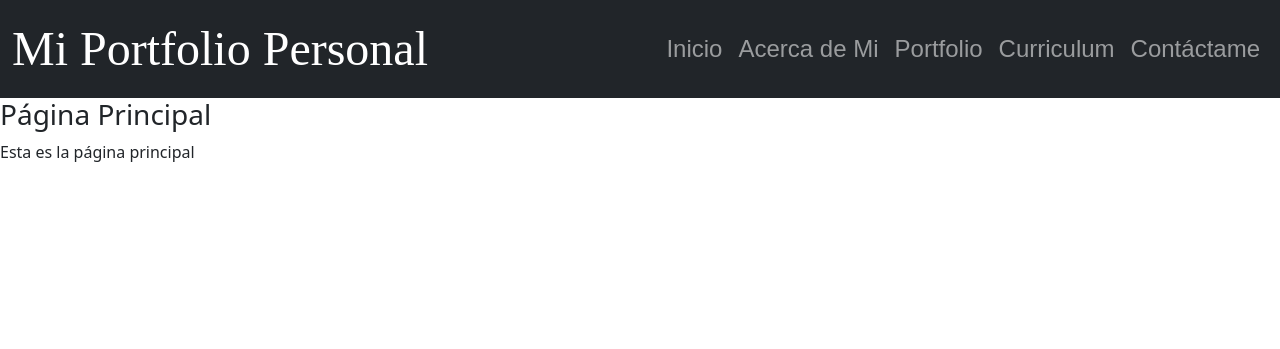
Repository: AlejandroJesusSerrano/portfolio
Page: http://localhost/
The author's editor kept a copy of each file at every save. The page is drawn from the files as they stood at one save, then again after the next save.
The browser window is 1280 px wide. The pictures show the whole page.
Some web fonts or font styles are not loaded; a fallback is used. The page is served by the project's application, run on Django 4.2 (manage.py). Other server files are loaded and not shown.

Above is the page before, as saved 2023-09-05 15:19:06.

### portfolio/core/templates/core/home.html
{% extends 'core/base.html' %}

{% block title %} Inicio {% endblock title %}

{% block content %}
<h3>Página Principal</h3>

<p>Esta es la página principal</p>
{% endblock content %}

### portfolio/core/templates/core/base.html
{% load static %}

<!DOCTYPE html>
<html lang="en">

<head>
  <meta charset="UTF-8">
  <meta name="viewport" content="width=device-width, initial-scale=1.0">
  <link rel="stylesheet" href={% static 'lib/bootstrap-5.2/css/bootstrap.min.css' %}>
  <link rel="stylesheet" href={% static 'css/styles.css' %}>
  <title>Portafolio Personal - {% block title %} {% endblock title %}</title>
</head>

<body>
  <!-- HEADER -->
  <nav class="navbar navbar-expand-lg navbar-dark bg-dark">
    <div class="container-fluid">
      <a class="navbar-brand brand" href={% url 'home' %}>Mi Portfolio Personal</a>
      <button class="navbar-toggler" type="button" data-bs-toggle="collapse" data-bs-target="#navbarNav"
        aria-controls="navbarNav" aria-expanded="false" aria-label="Toggle navigation">
        <span class="navbar-toggler-icon"></span>
      </button>
      <div class="collapse navbar-collapse" id="navbarNav">
        <ul class="navbar-nav nav_menu ms-auto">
          <li class="nav-item">
            <a class="nav-link" aria-current="page" href={% url 'home' %}>Inicio</a>
          </li>
          <li class="nav-item">
            <a class="nav-link" href={% url 'about' %}>Acerca de Mi</a>
          </li>
          <li class="nav-item">
            <a class="nav-link" href={% url 'portfolio' %}>Portfolio</a>
          </li>
          <li class="nav-item">
            <a class="nav-link" href={% url 'curriculum' %}>Curriculum</a>
          </li>
          <li class="nav-item">
            <a class="nav-link" href={% url 'contact' %}>Contáctame</a>
          </li>
        </ul>
      </div>
    </div>
  </nav>

  <!-- CONTENT - Template Tags -->

  {% block content %} {%endblock content%}

  <footer class="footer">

  </footer>

  <script src={% static 'lib/bootstrap-5.2/js/bootstrap.min.js' %}></script>
</body>

</html>

### portfolio/core/views.py
from django.shortcuts import render

# Create your views here.
def home(request):
  return render(request, 'core/home.html')

def about(request):
  return render(request, 'core/about.html')

def portfolio(request):
  return render(request, 'core/portfolio.html')

def curriculum(request):
  return render(request, 'core/curriculum.html')

def contact(request):
  return render(request, 'core/contact.html')

### portfolio/portfolio/urls.py
"""
URL configuration for portfolio project.

The `urlpatterns` list routes URLs to views. For more information please see:
    https://docs.djangoproject.com/en/4.2/topics/http/urls/
Examples:
Function views
    1. Add an import:  from my_app import views
    2. Add a URL to urlpatterns:  path('', views.home, name='home')
Class-based views
    1. Add an import:  from other_app.views import Home
    2. Add a URL to urlpatterns:  path('', Home.as_view(), name='home')
Including another URLconf
    1. Import the include() function: from django.urls import include, path
    2. Add a URL to urlpatterns:  path('blog/', include('blog.urls'))
"""
from django.contrib import admin
from django.urls import path
from core import views

urlpatterns = [
    path('', views.home, name='home'),
    path('about-me/', views.about, name='about'),
    path('contact/', views.contact, name='contact'),
    path('portfolio/', views.portfolio, name='portfolio'),
    path('curriculum/', views.curriculum, name='curriculum'),
    path('admin/', admin.site.urls),
]

### portfolio/static/css/styles.css
@import url("https://fonts.googleapis.com/css2?family=Arima:wght@500;700&family=Average+Sans&family=Mulish:ital,wght@0,400;0,500;0,700;1,400;1,500;1,700&display=swap");

* {
  margin: 0;
  padding: 0;
  box-sizing: border-box;
}

.brand {
  font-family: "Arima", cursive;
  font-size: 3rem;
}

.nav_menu {
  font-family: "Average Sans", sans-serif;
  font-size: 1.5rem;
}

Loaded but not shown: portfolio/static/lib/bootstrap-5.2/css/bootstrap.min.css (library); portfolio/static/lib/bootstrap-5.2/js/bootstrap.min.js (library)

After the next save:
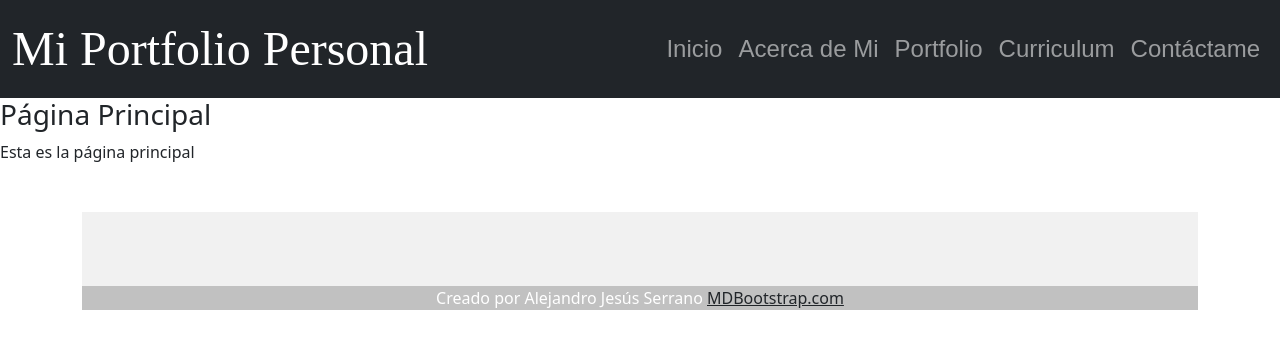
Saved 4 min 2 s later.
--- a/portfolio/core/templates/core/base.html
+++ b/portfolio/core/templates/core/base.html
@@ -46,9 +46,49 @@
 
   {% block content %} {%endblock content%}
 
-  <footer class="footer">
+  <div class="container my-5">
 
-  </footer>
+    <footer class="text-center text-white" style="background-color: #f1f1f1;">
+      <!-- Grid container -->
+      <div class="container pt-4">
+        <!-- Section: Social media -->
+        <section class="mb-4">
+          <!-- Facebook -->
+          <a class="btn btn-link btn-floating btn-lg text-dark m-1" href="#!" role="button"
+            data-mdb-ripple-color="dark"><i class="fab fa-facebook-f"></i></a>
+
+          <!-- Twitter -->
+          <a class="btn btn-link btn-floating btn-lg text-dark m-1" href="#!" role="button"
+            data-mdb-ripple-color="dark"><i class="fab fa-twitter"></i></a>
+
+          <!-- Google -->
+          <a class="btn btn-link btn-floating btn-lg text-dark m-1" href="#!" role="button"
+            data-mdb-ripple-color="dark"><i class="fab fa-google"></i></a>
+
+          <!-- Instagram -->
+          <a class="btn btn-link btn-floating btn-lg text-dark m-1" href="#!" role="button"
+            data-mdb-ripple-color="dark"><i class="fab fa-instagram"></i></a>
+
+          <!-- Linkedin -->
+          <a class="btn btn-link btn-floating btn-lg text-dark m-1" href="#!" role="button"
+            data-mdb-ripple-color="dark"><i class="fab fa-linkedin"></i></a>
+          <!-- Github -->
+          <a class="btn btn-link btn-floating btn-lg text-dark m-1" href="#!" role="button"
+            data-mdb-ripple-color="dark"><i class="fab fa-github"></i></a>
+        </section>
+        <!-- Section: Social media -->
+      </div>
+      <!-- Grid container -->
+
+      <div class="footer_down" style="background-color: rgba(0, 0, 0, 0.2);">
+        Creado por Alejandro Jesús Serrano
+        <a class="text-dark" href="https://mdbootstrap.com/">MDBootstrap.com</a>
+      </div>
+
+    </footer>
+
+  </div>
+  <!-- End of .container -->
 
   <script src={% static 'lib/bootstrap-5.2/js/bootstrap.min.js' %}></script>
 </body>
